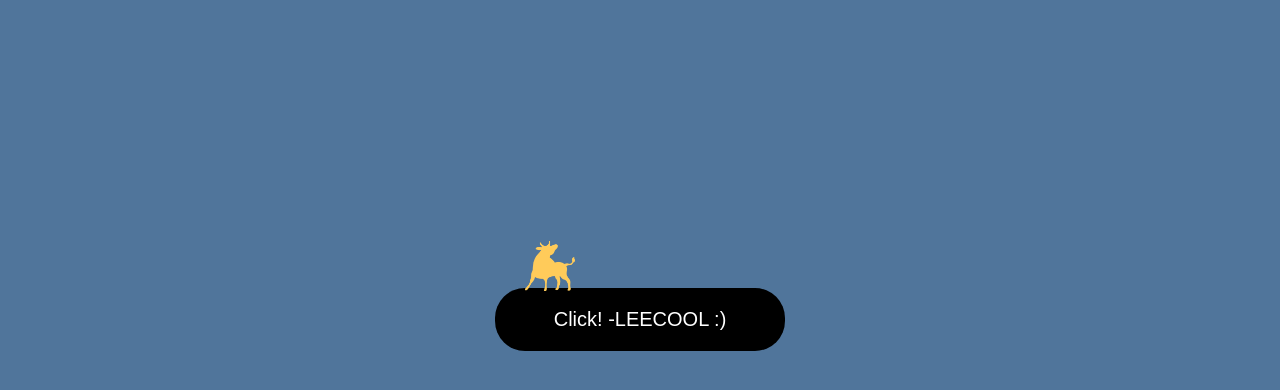
Repository: siwon9898/interaction_practice
Page: section6/index.html
The author's editor kept a copy of each file at every save. The page is drawn from the files as they stood at one save, then again after the next save.
The browser window is 1280 px wide. The pictures show the whole page.

Above is the page before, as saved 2021-10-05 19:20:18.

After the next save:
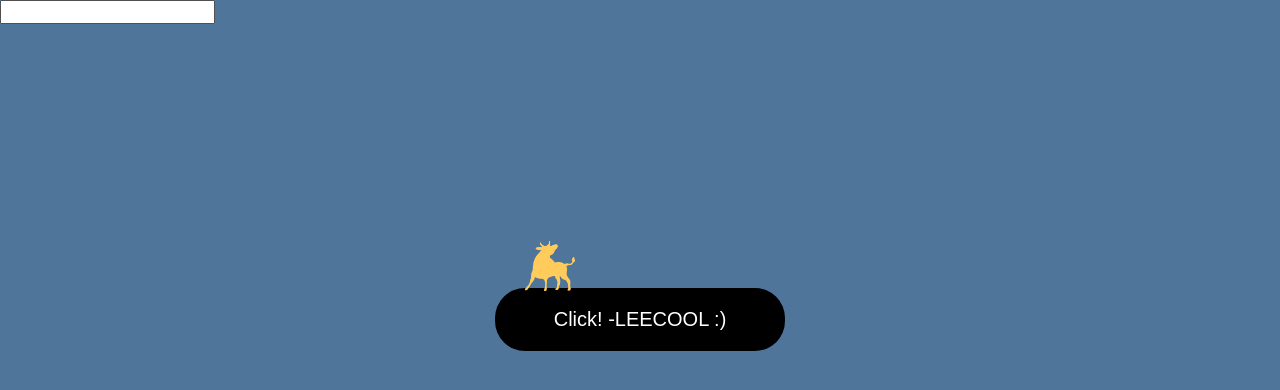
Saved 40 min 2 s later.
--- a/section6/index.html
+++ b/section6/index.html
@@ -30,9 +30,12 @@
             <div class="cow"></div>
         </div>
         <div class="back">
-            <p class="msg">행복한 2021년이 되기를!<br>올해안엔 제발 취업 되게 해주세요ㅠㅠ</p>
-            <h3>from. LEECOOL</h3>
+            <p class="msg"></p>
+            <h3></h3>
         </div>
+    </div>
+    <div class="user">
+        <input class = "userinput" type="text">
     </div>
 </body>
 
